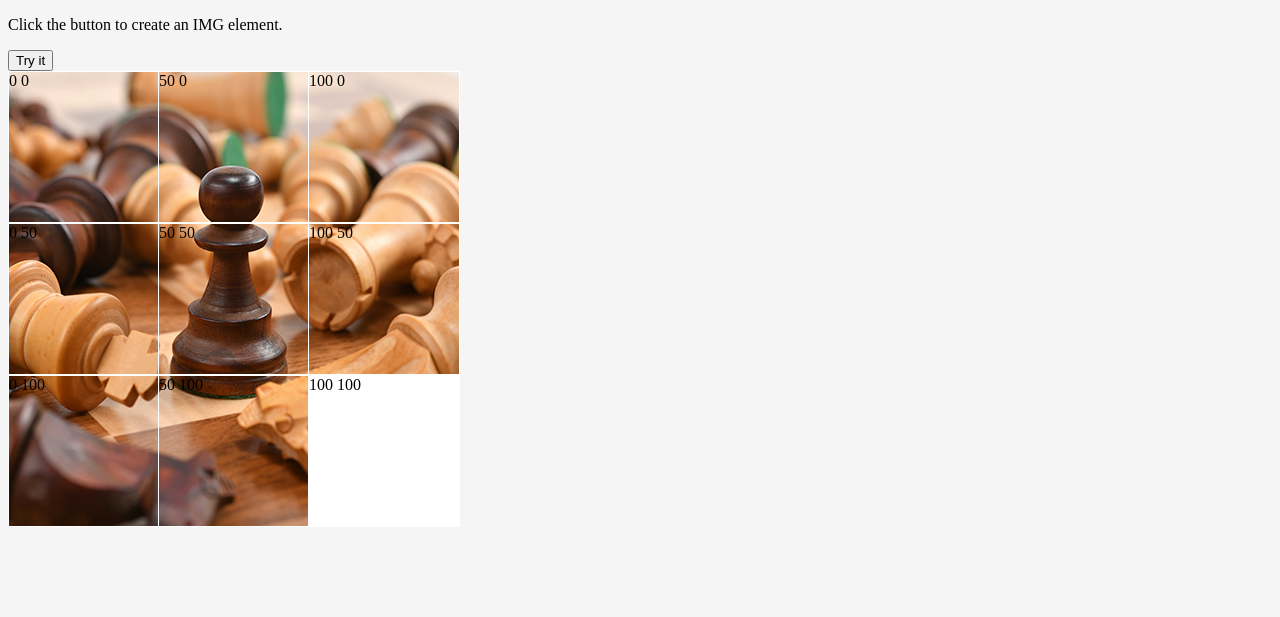
Repository: rashmikagamage/puzzle-vanila-js
Page: index.html
The author's editor kept a copy of each file at every save. The page is drawn from the files as they stood at one save, then again after the next save.
The browser window is 1280 px wide. The pictures show the whole page.

Above is the page before, as saved 2020-08-06 12:54:47.

After the next save:
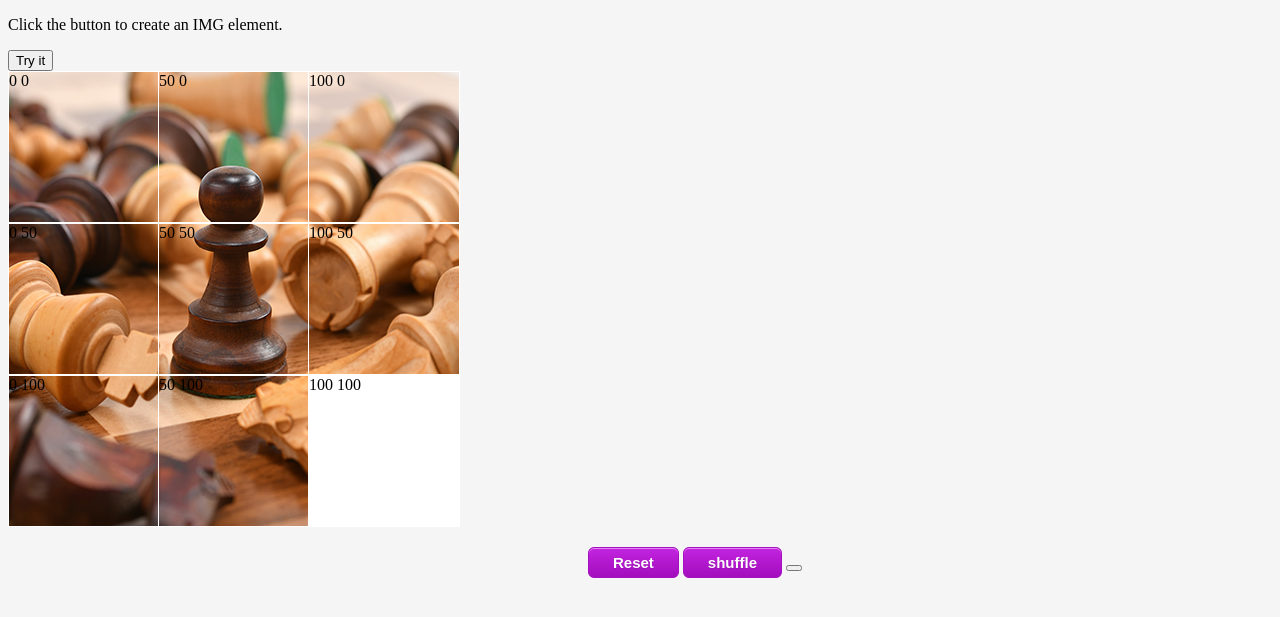
Saved 6 s later.
--- a/index.html
+++ b/index.html
@@ -11,6 +11,9 @@
 
     <button onclick="myFunction(5)">Try it</button>
     <div class="gridContainer" id="imgContainer"></div>
+    <button class="reset " style="margin-left: 580px; " onclick="reset() " align="center ">Reset</button>
+    <button class="reset " onclick="shuffle() ">shuffle</button>
+    <button class="reset()" onclick="display()"></button>
     <script src="./function.js">
     </script>
 
